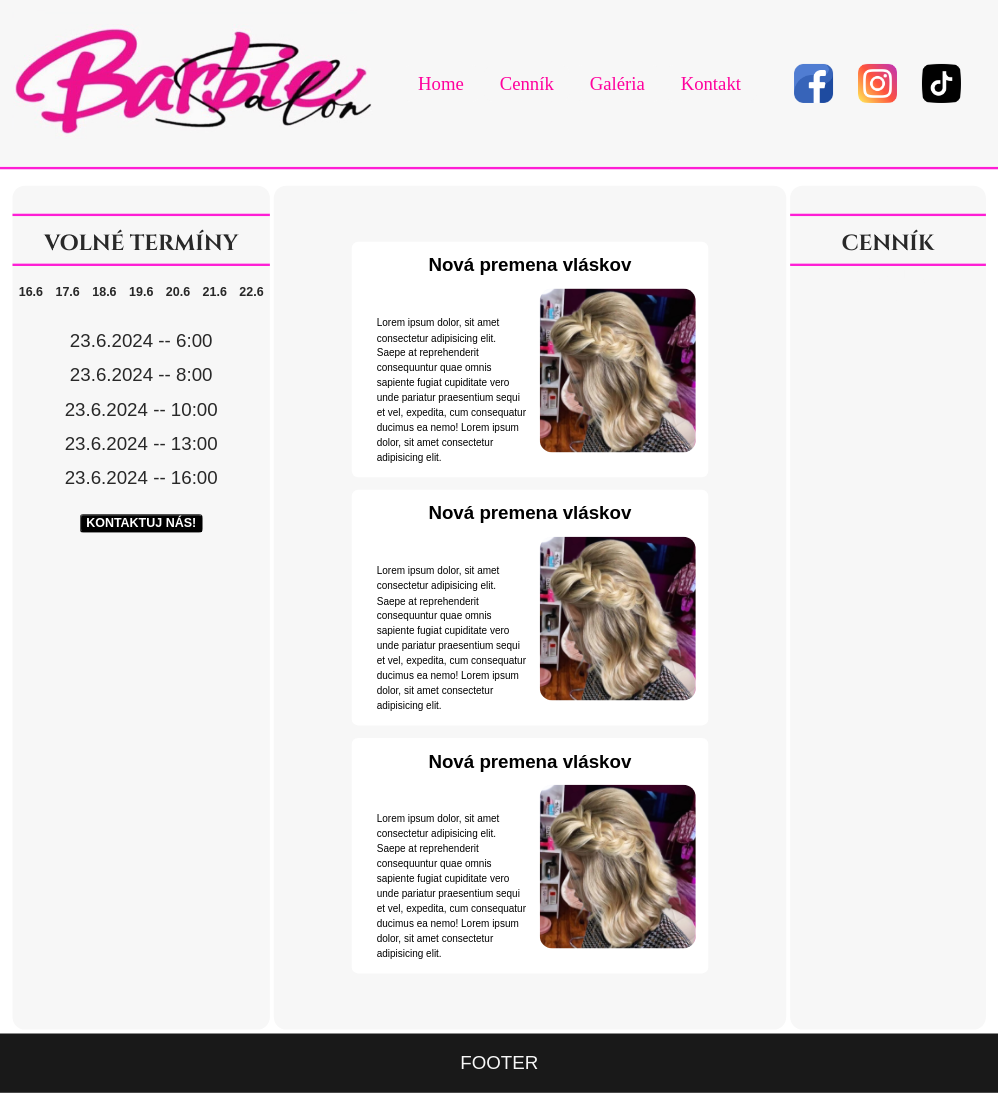
Repository: Badynko/Barbie-salon
Page: index.html
These files come from the project's save history. The page is drawn as it stood at one moment and after the next save; the edit follows.
The browser window is 1280 px wide. The pictures show the whole page, at 78% of full size.
Some web fonts or font styles are not loaded; a fallback is used.

Above is the page before, as saved 2024-08-05 12:35:32.

After the next save:
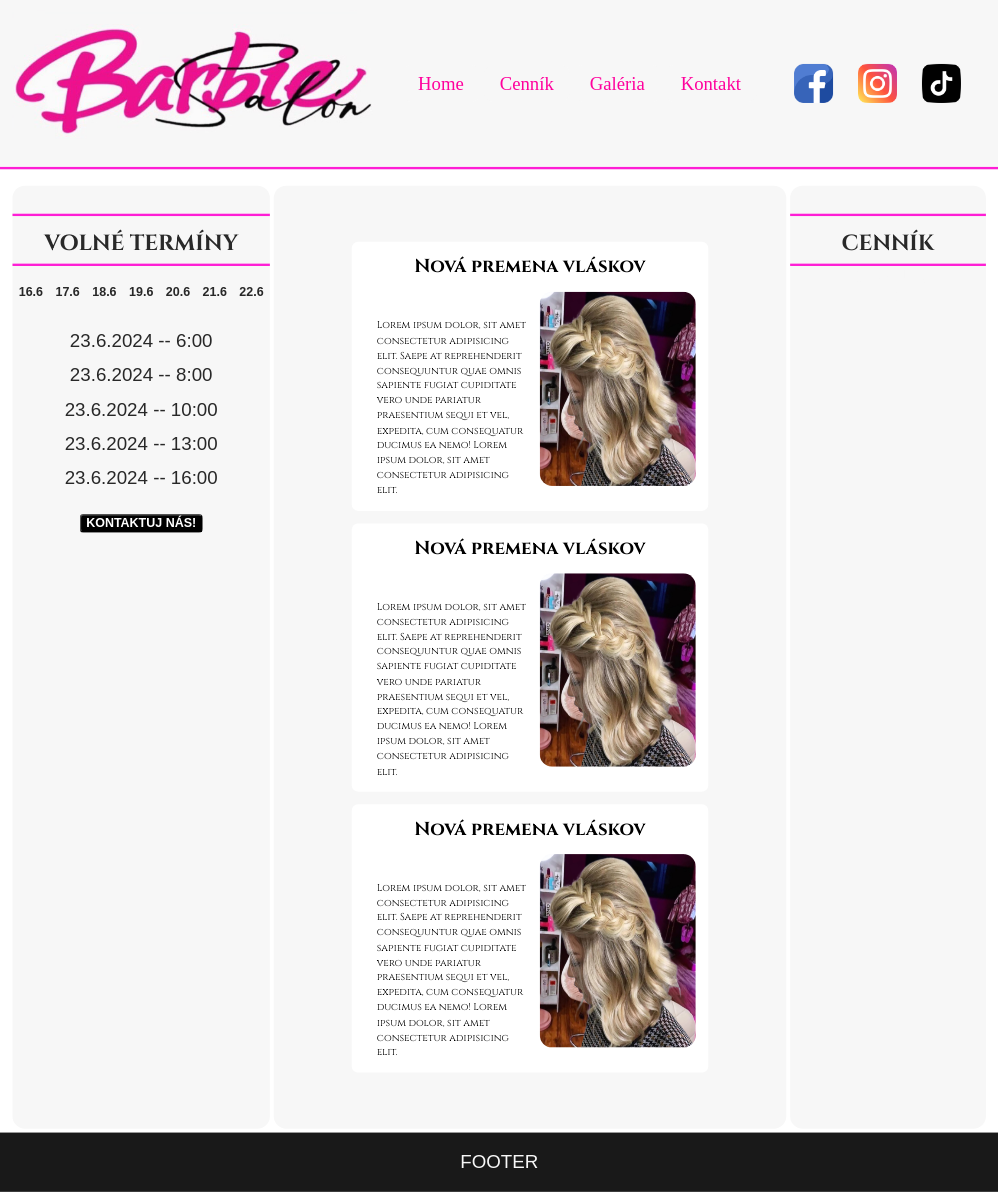
Saved 29 s later.
--- a/css/style.css
+++ b/css/style.css
@@ -240,6 +240,7 @@
   display: flex;
   flex-direction: column;
   gap: 1rem;
+  font-family: "Cinzel", serif;
 }
 
 @media all and (max-width: 550px) {
